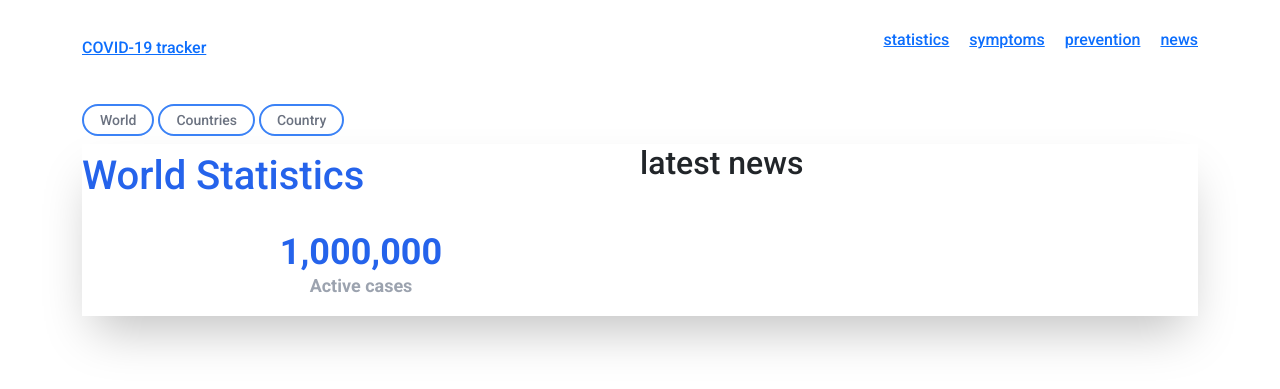
Repository: latenightsnacc/covid-19tracker
Page: design/index.html
The author's editor kept a copy of each file at every save. The page is drawn from the files as they stood at one save, then again after the next save.
The browser window is 1280 px wide. The pictures show the whole page.
Some web libraries are served in a nearby version.

Above is the page before, as saved 2021-07-22 16:36:06.

After the next save:
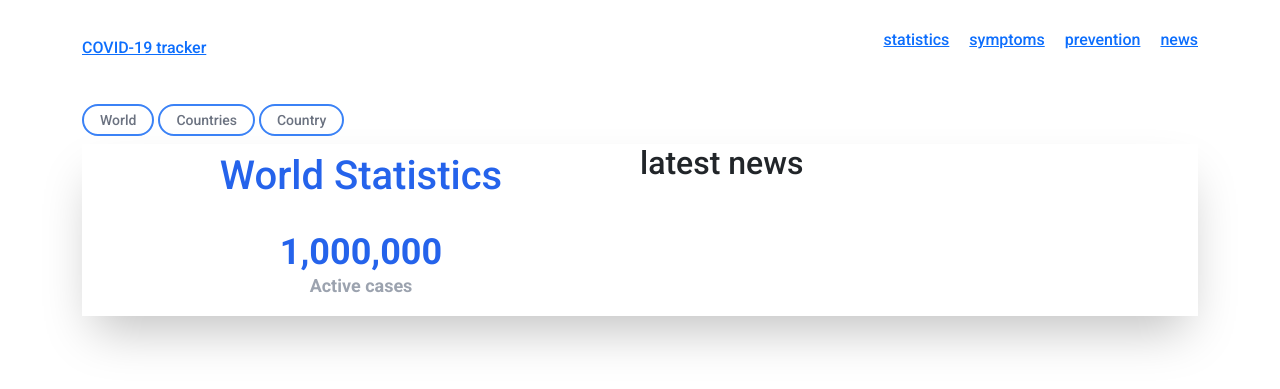
Saved 4 s later.
--- a/design/index.html
+++ b/design/index.html
@@ -74,7 +74,7 @@
             <div class="flex flex-col md:flex-row  shadow-2xl">
 
                 <div class="w-100 md:w-1/2">
-                    <h1 class="text-blue-600 text-cener py-2">World Statistics</h1>
+                    <h1 class="text-blue-600 text-center py-2">World Statistics</h1>
                     <div class="stats">
                         <div class="w-56 flex flex-col items-center justify-center p-3 m-auto">
                             <span class="text-4xl text-blue-600 font-bold">1,000,000</span>
